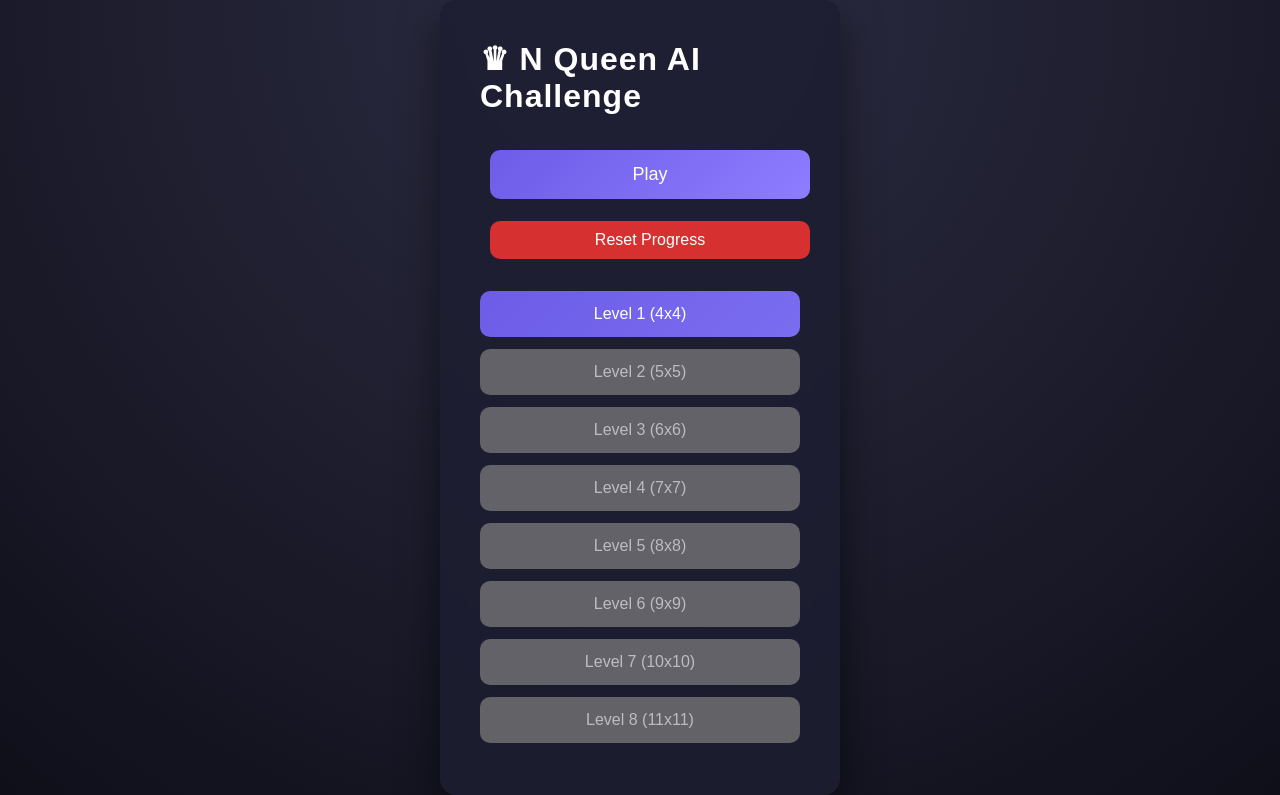
Repository: lissaintech/NQueen
Page: index.html
The author's editor kept a copy of each file at every save. The page is drawn from the files as they stood at one save, then again after the next save.
The browser window is 1280 px wide. The pictures show the whole page.

Above is the page before, as saved 2026-03-08 19:14:16.

### index.html
<!DOCTYPE html>
<html>

<head>
    <meta charset="UTF-8">
    <title>N Queen AI Challenge</title>
    <link rel="stylesheet" href="style.css">
</head>

<body>

    <div id="homeScreen">

<div class="menuCard">

<h1 class="gameTitle">♛ N Queen AI Challenge</h1>

<button class="playBtn" onclick="startLevel(unlockedLevel)">Play</button>

<button class="resetBtn" onclick="resetProgress()">Reset Progress</button>

<div id="levels"></div>

</div>

</div>


    <div id="gameScreen" style="display:none;">

        <h2>Level <span id="levelDisplay"></span></h2>

        <div class="stats">

            Time: <span id="timer">00:00</span>

            Moves: <span id="moves">0</span>

        </div>

        <div id="board"></div>

       <button onclick="checkSolution()">Check</button>
        <button onclick="solveAI()">AI Solve</button>
        <button onclick="restartLevel()">Restart</button>
        <button onclick="goHome()">Home</button>

    </div>


    <div id="winScreen" style="display:none;">

        <h2>Level Complete</h2>

        <p>Time: <span id="finalTime"></span></p>

        <button onclick="nextLevel()">Next Level</button>

        <button onclick="goHome()">Home</button>

    </div>

    <script src="script.js"></script>

</body>

</html>

### style.css
body{

font-family: Arial, sans-serif;

background: radial-gradient(circle at top,#2d2d44,#0f0f1a);

color:white;

display:flex;
justify-content:center;
align-items:center;

min-height:100vh;

margin:0;

}

/* TITLE */

h1{
margin:0 0 20px 0;
}


/* GENERAL BUTTON STYLE */

button{

padding:12px 20px;

margin:10px;

border:none;

border-radius:8px;

background:#6c5ce7;

color:white;

font-size:16px;

cursor:pointer;

transition:all 0.2s ease;

}

button:hover{
background:#4834d4;
}

button:active{
transform:scale(0.95);
}


/* GAME BOARD */

#board{

display:grid;

justify-content:center;

margin-top:20px;

}

.cell{

width:60px;
height:60px;

display:flex;

align-items:center;
justify-content:center;

font-size:34px;

cursor:pointer;

transition:all 0.15s ease;

}

.white{

background:#f0d9b5;

color:black;

}

.black{

background:#b58863;

}


/* GAME STATS */

.stats{

margin:10px;

font-size:18px;

}


/* QUEEN ICON */

.queen{

width:38px;
height:38px;

pointer-events:none;

}


/* ATTACK HINT GLOW */

.attack{

box-shadow: inset 0 0 12px rgba(255,80,80,0.9);

animation: attackFade 1.2s ease forwards;

}

@keyframes attackFade{

0%{
box-shadow: inset 0 0 18px rgba(255,80,80,1);
}

100%{
box-shadow: inset 0 0 6px rgba(255,80,80,0.25);
}

}


/* MENU CARD */

.menuCard{

background:rgba(30,30,50,0.85);

padding:40px;

border-radius:16px;

box-shadow:0 20px 40px rgba(0,0,0,0.5);

width:320px;

backdrop-filter:blur(10px);

}


/* GAME TITLE */

.gameTitle{

font-size:32px;

margin-bottom:25px;

letter-spacing:1px;

}


/* PLAY BUTTON */

.playBtn{

width:100%;

padding:14px;

font-size:18px;

background:linear-gradient(135deg,#6c5ce7,#8e7dff);

border:none;

border-radius:10px;

margin-bottom:12px;

cursor:pointer;

}

.playBtn:hover{

transform:translateY(-2px);

box-shadow:0 8px 20px rgba(0,0,0,0.4);

}


/* RESET BUTTON */

.resetBtn{

width:100%;

padding:10px;

background:#d63031;

border:none;

border-radius:10px;

margin-bottom:20px;

cursor:pointer;

}

.resetBtn:hover{

background:#b71c1c;

}


/* LEVEL BUTTONS */

#levels button{

display:block;

margin:12px auto;

width:100%;

padding:14px;

font-size:16px;

border-radius:10px;

background:linear-gradient(135deg,#6c5ce7,#7b6df0);

}

#levels button:hover{

transform:translateY(-2px);

box-shadow:0 6px 15px rgba(0,0,0,0.35);

}


/* LOCKED LEVELS */

#levels button:disabled{

background:#7a7a7a;

cursor:not-allowed;

opacity:0.7;

transform:none;

box-shadow:none;

}

### script.js
let currentLevel = 1;
let maxLevel = 8;

let n;
let board;

let moves = 0;
let seconds = 0;
let timerInterval;

let unlockedLevel = localStorage.getItem("unlockedLevel") || 1;



// SOUND EFFECTS

const placeSound = new Audio("place.mp3");
const winSound = new Audio("win.mp3");



// SHOW LEVELS SCREEN

function showLevels(){

 document.getElementById("homeScreen").style.display="block";
 document.getElementById("gameScreen").style.display="none";
 document.getElementById("winScreen").style.display="none";

 let levelDiv = document.getElementById("levels");
 levelDiv.innerHTML="";

 for(let i=1;i<=maxLevel;i++){

   let btn=document.createElement("button");

   let bestTime = localStorage.getItem("bestTime_"+i);

   btn.innerText =
     "Level "+i+
     " ("+(i+3)+"x"+(i+3)+")"+
     (bestTime ? " ⭐ "+bestTime : "");

   if(i>unlockedLevel){

     btn.disabled=true;
     btn.style.background="gray";

   }else{

     btn.onclick=()=>startLevel(i);

   }

   levelDiv.appendChild(btn);
 }
}



// START LEVEL

function startLevel(level){

 currentLevel = level;
 n = level+3;

 board = new Array(n).fill(-1);

 moves = 0;
 seconds = 0;

 updateMoves();
 updateTimerDisplay();

 document.getElementById("levelDisplay").innerText=level;

 document.getElementById("homeScreen").style.display="none";
 document.getElementById("gameScreen").style.display="block";

 createBoard();
 startTimer();
}



// CREATE BOARD

function createBoard(){

 let boardDiv=document.getElementById("board");

 boardDiv.innerHTML="";

 boardDiv.style.gridTemplateColumns=`repeat(${n},60px)`;

 for(let row=0;row<n;row++){

   for(let col=0;col<n;col++){

     let cell=document.createElement("div");

     cell.className="cell "+((row+col)%2==0?"white":"black");

     cell.id=row+"-"+col;

     cell.onclick=()=>placeQueen(row,col);

     boardDiv.appendChild(cell);
   }
 }
}



// PLACE QUEEN

function placeQueen(row,col){

 placeSound.play();

 if(board[row]==col)
   board[row]=-1;
 else
   board[row]=col;

 moves++;

 updateMoves();
 updateBoardUI();

 setTimeout(()=>{
document.querySelectorAll(".attack").forEach(cell=>{
cell.classList.remove("attack");
});
},2000);
}



// UPDATE BOARD

function updateBoardUI(){

 for(let row=0;row<n;row++){
   for(let col=0;col<n;col++){

     let cell=document.getElementById(row+"-"+col);

     cell.classList.remove("attack");

     if(board[row]==col){
       cell.innerText="♛";
     }else{
       cell.innerText="";
     }
   }
 }

    document.querySelectorAll(".cell").forEach(cell=>{
    cell.classList.remove("attack");
    });

 // mark attacked cells

 for(let r=0;r<n;r++){

   if(board[r]==-1) continue;

   let c=board[r];

   for(let i=0;i<n;i++){

     // same column
     if(i!=r){
       let cell=document.getElementById(i+"-"+c);
       cell.classList.add("attack");
     }

     // diagonals
     let d1=c+(i-r);
     let d2=c-(i-r);

     if(d1>=0 && d1<n){
       let cell=document.getElementById(i+"-"+d1);
       cell.classList.add("attack");
     }

     if(d2>=0 && d2<n){
       let cell=document.getElementById(i+"-"+d2);
       cell.classList.add("attack");
     }
   }
 }
}



// TIMER

function startTimer(){

 clearInterval(timerInterval);

 timerInterval=setInterval(()=>{

   seconds++;
   updateTimerDisplay();

 },1000);
}



function updateTimerDisplay(){

 let m=Math.floor(seconds/60);
 let s=seconds%60;

 document.getElementById("timer").innerText=
 String(m).padStart(2,'0')+":"+
 String(s).padStart(2,'0');
}



// MOVES

function updateMoves(){

 document.getElementById("moves").innerText=moves;
}



// CHECK SOLUTION

function checkSolution(){

 if(isValid()){

   winSound.play();

   clearInterval(timerInterval);

   saveBestTime();

   unlockNextLevel();

   document.getElementById("finalTime").innerText=
     document.getElementById("timer").innerText;

   document.getElementById("gameScreen").style.display="none";
   document.getElementById("winScreen").style.display="block";

 }else{

   alert("Invalid placement");
 }
}



// SAVE BEST TIME

function saveBestTime(){

 let key="bestTime_"+currentLevel;

 let oldTime=localStorage.getItem(key);

 if(!oldTime || seconds < timeToSeconds(oldTime)){

   localStorage.setItem(key,document.getElementById("timer").innerText);
 }
}



// CONVERT MM:SS TO SECONDS

function timeToSeconds(time){

 let parts=time.split(":");

 return parseInt(parts[0])*60 + parseInt(parts[1]);
}



// UNLOCK NEXT LEVEL

function unlockNextLevel(){

 if(currentLevel>=unlockedLevel){

   unlockedLevel++;

   localStorage.setItem("unlockedLevel",unlockedLevel);
 }
}



// VALIDATE

function isValid(){

 for(let i=0;i<n;i++){

   if(board[i]==-1) return false;

   for(let j=i+1;j<n;j++){

     if(board[i]==board[j]) return false;

     if(Math.abs(board[i]-board[j])==Math.abs(i-j))
       return false;
   }
 }

 return true;
}



// AI SOLVER

function solveAI(){

 let sol=new Array(n).fill(-1);

 if(backtrack(sol,0)){

   board=sol;

   updateBoardUI();
 }
}



function backtrack(sol,row){

 if(row==n) return true;

 for(let col=0;col<n;col++){

   if(isSafe(sol,row,col)){

     sol[row]=col;

     if(backtrack(sol,row+1)) return true;
   }
 }

 sol[row]=-1;

 return false;
}



function isSafe(sol,row,col){

 for(let i=0;i<row;i++){

   if(sol[i]==col) return false;

   if(Math.abs(sol[i]-col)==Math.abs(i-row))
     return false;
 }

 return true;
}



// NAVIGATION

function nextLevel(){

 startLevel(currentLevel+1);
}

function goHome(){

 showLevels();
}



// INIT

showLevels();


//RESTART

function restartLevel(){
 startLevel(currentLevel);
}

//RESET PROGRESS

function resetProgress(){

 if(confirm("Reset all progress?")){

   for(let i=1;i<=maxLevel;i++){
     localStorage.removeItem("bestTime_"+i);
   }

   localStorage.setItem("unlockedLevel",1);
   unlockedLevel = 1;

   showLevels();
 }
}

After the next save:
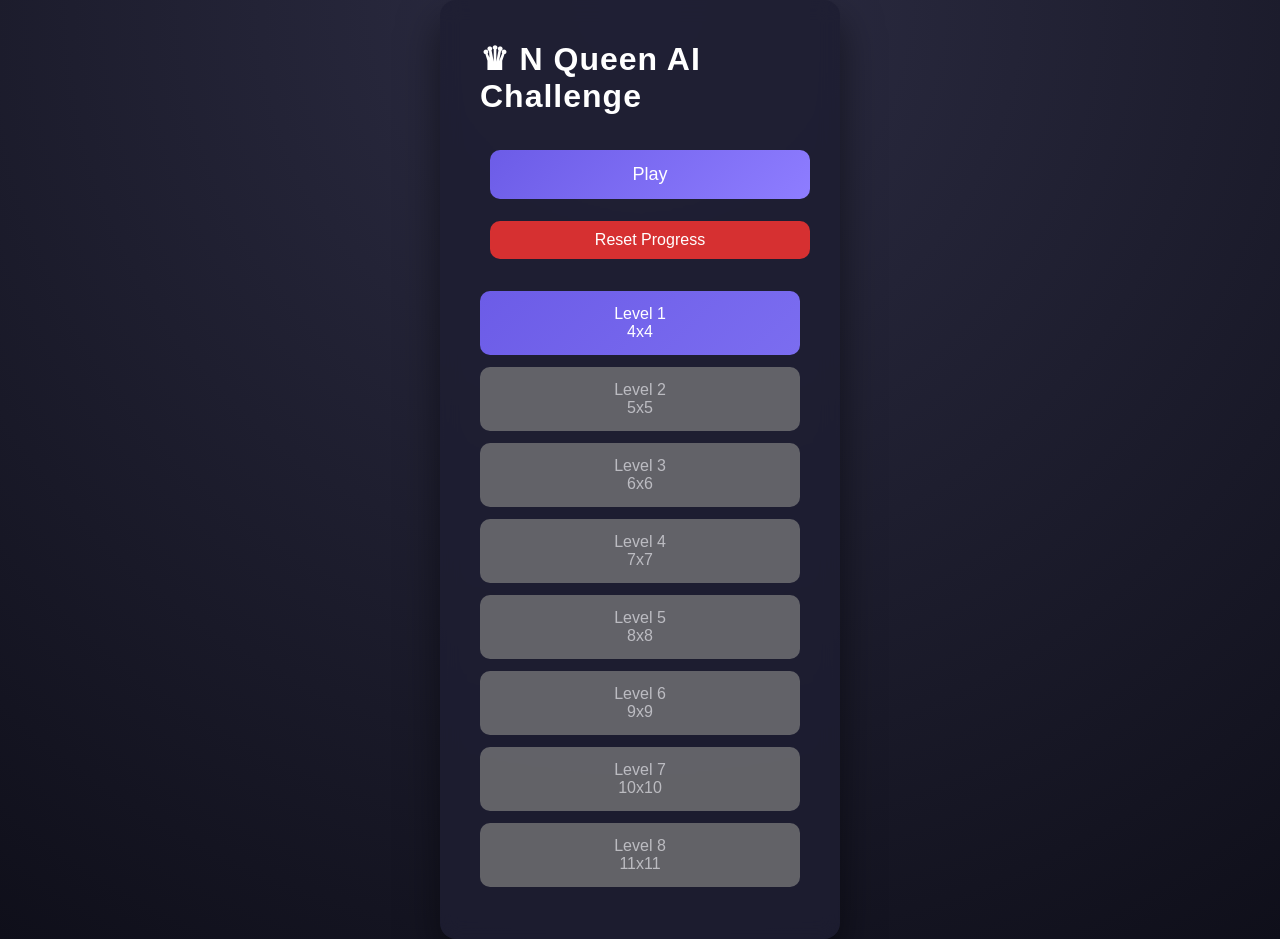
Saved 2 min 39 s later.
--- a/script.js
+++ b/script.js
@@ -32,15 +32,21 @@ function showLevels(){
 
  for(let i=1;i<=maxLevel;i++){
 
-   let btn=document.createElement("button");
-
-   let bestTime = localStorage.getItem("bestTime_"+i);
-
-   btn.innerText =
-     "Level "+i+
-     " ("+(i+3)+"x"+(i+3)+")"+
-     (bestTime ? " ⭐ "+bestTime : "");
-
+  let btn=document.createElement("button");
+
+let bestTime = localStorage.getItem("bestTime_"+i);
+
+let size = (i+3)+"x"+(i+3);
+
+let star = bestTime ? "⭐" : "";
+
+btn.innerHTML = `
+<div class="levelCard">
+<div class="levelTitle">Level ${i}</div>
+<div class="levelSize">${size}</div>
+<div class="levelMeta">${star} ${bestTime ? bestTime : ""}</div>
+</div>
+`;
    if(i>unlockedLevel){
 
      btn.disabled=true;
